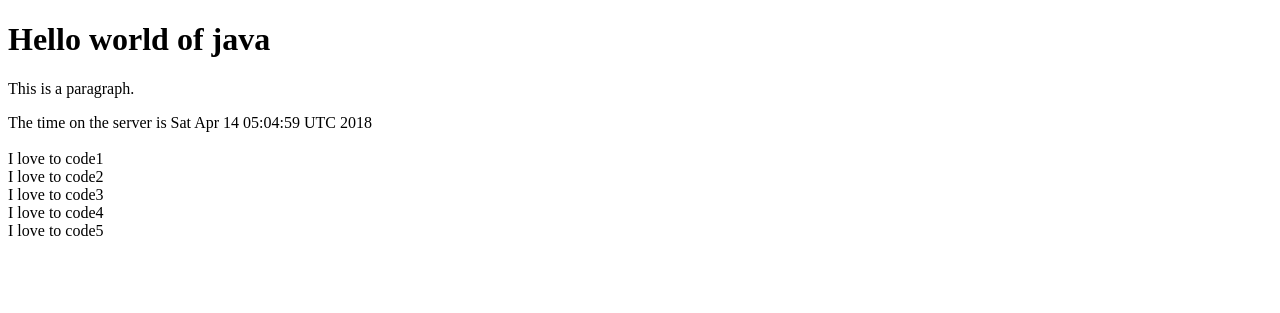
Repository: nishan1281/Java-training
Page: http://localhost/helloworld/helloworld.jsp
An editor plug-in stored every save of this project. The page is shown before and after the next save, followed by the edit.
The browser window is 1280 px wide. The pictures show the whole page.
The page is served by Tomcat 9. Other server files are loaded and not shown.

Above is the page before, as saved 2018-04-14 05:10:06.

### springProject/helloworld/WebContent/helloworld.jsp
<!DOCTYPE html>
<html>
<head>
<title>Hello world</title>
</head>
<body>

<h1>Hello world of java</h1>
<p>This is a paragraph.</p>

The time on the server is <%= new java.util.Date() %>
<br/>

<%
  for (int i = 1; i<=5; i++)
    {
	out.print("<br/> I love to code" + i);
    }
%>


</body>
</html>

After the next save:
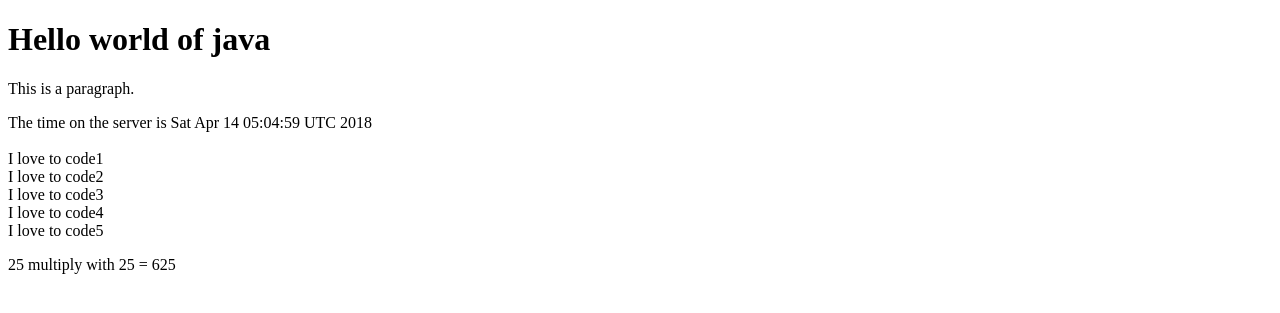
Saved 11 min 54 s later.
--- a/springProject/helloworld/WebContent/helloworld.jsp
+++ b/springProject/helloworld/WebContent/helloworld.jsp
@@ -18,6 +18,12 @@ The time on the server is <%= new java.util.Date() %>
     }
 %>
 
+<div>
+
+<p> 25 multiply with 25 = <%= 25*25 %> </p>
+
+</div>
+
 
 </body>
 </html>
